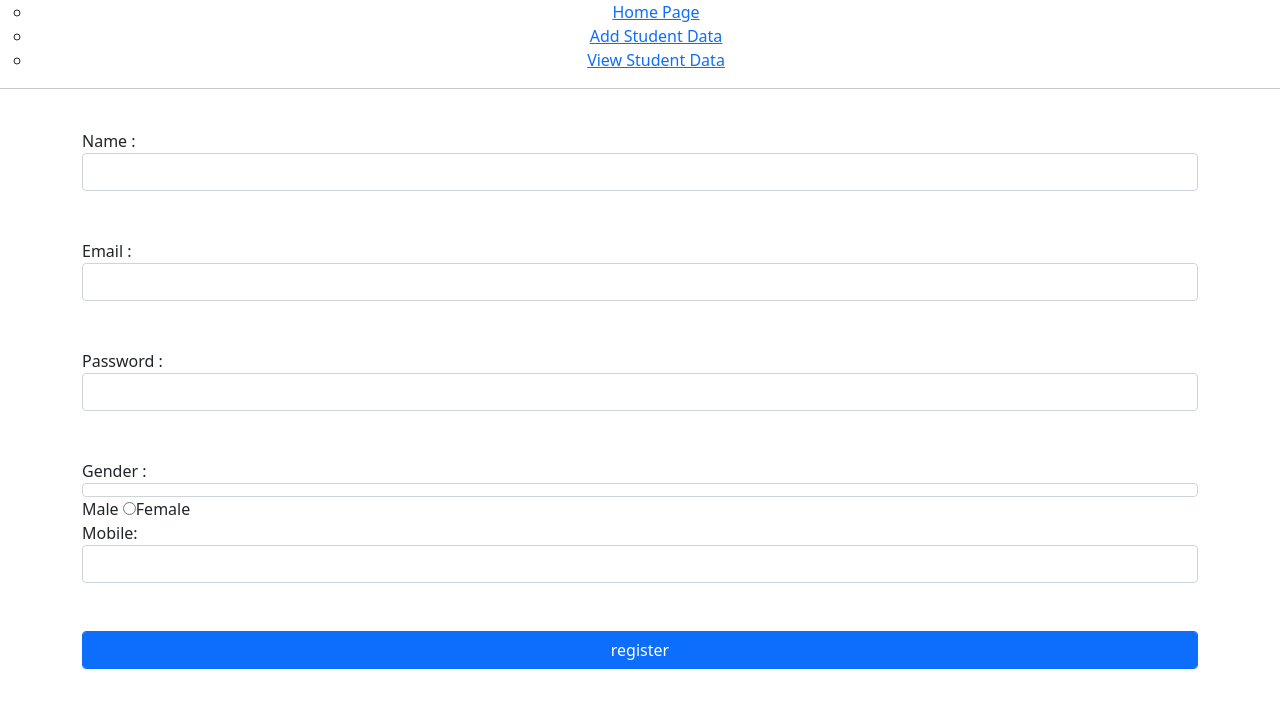
Repository: KrishMoradiya/Aixtor-Training-Projects-Backup
Page: http://localhost/CRUD_Student/Register.jsp
The author's editor kept a copy of each file at every save. The page is drawn from the files as they stood at one save, then again after the next save.
The browser window is 1280 px wide. The pictures show the whole page.
The page is served by Tomcat 10. Nobody is signed in. The application's start-up code is not run.

Above is the page before, as saved 2023-12-23 06:45:10.

After the next save:
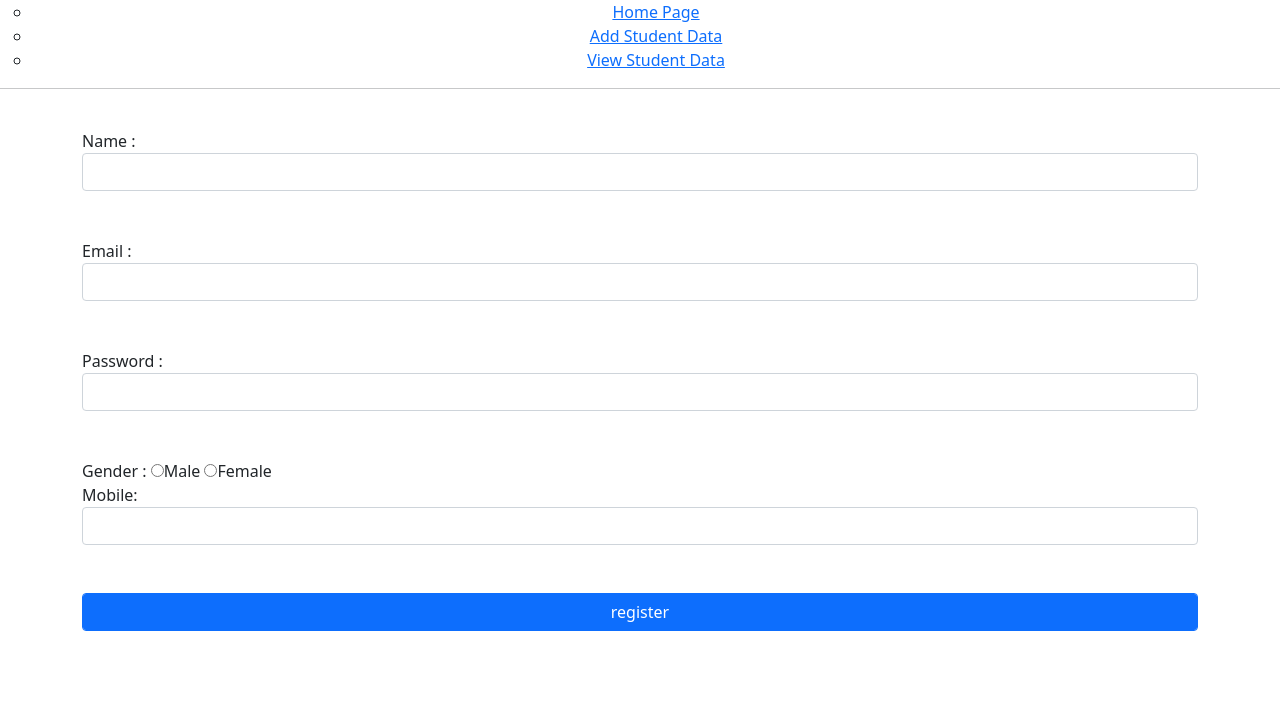
Saved 79 s later.
--- a/Workspace - Eclipse Enterprise Edition/CRUD_Student/src/main/webapp/Register.jsp
+++ b/Workspace - Eclipse Enterprise Edition/CRUD_Student/src/main/webapp/Register.jsp
@@ -14,7 +14,7 @@
 			Name : <input class="form-control" type="text" name="name" /> <br /> <br />
 			Email : <input class="form-control" type="email" name="email" /> <br /> <br />
 			Password : <input class="form-control" type="password" name="password" /> <br /> <br />
-			Gender : <input	type="radio" class="form-control" name="gender" value="Male" />Male <input type="radio" name="gender" value="Female" />Female<br />
+			Gender : <input	type="radio" name="gender" value="Male" />Male <input type="radio" name="gender" value="Female" />Female<br />
 			Mobile: <input type="text" class="form-control" name="mobile" /> <br /> <br />
 			<input type="submit" class="form-control btn btn-primary" value="register" onclick="return registerFormValidation();">
 		</form>
